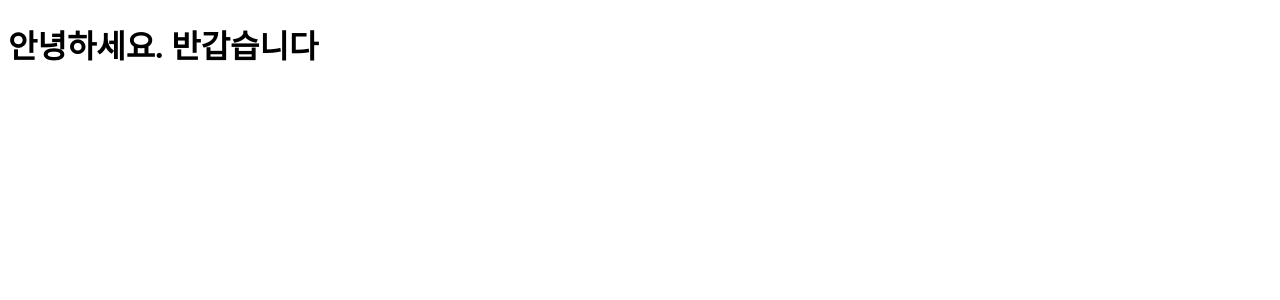
Repository: alswnsghd1234/Server_Study
Page: 1_Servlet/WebContent/index.html
These files come from the project's save history. The page is drawn as it stood at one moment and after the next save; the edit follows.
The browser window is 1280 px wide. The pictures show the whole page.

Above is the page before, as saved 2022-04-26 05:08:59.

After the next save:
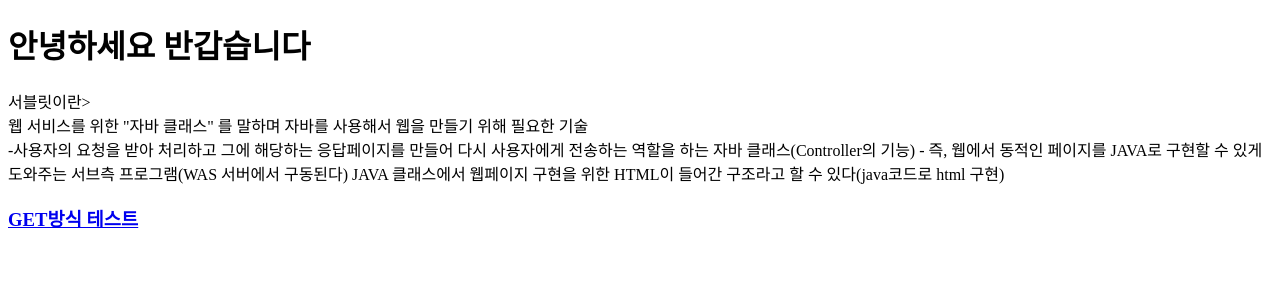
Saved 79 s later.
--- a/1_Servlet/WebContent/index.html
+++ b/1_Servlet/WebContent/index.html
@@ -5,6 +5,63 @@
 <title>Insert title here</title>
 </head>
 <body>
-	<h1>안녕하세요. 반갑습니다</h1>
+	<!--
+		1) 새로운 워크페이스 만들어서 이클립스로 열기
+		2) 워크페이스 세팅하기 (작업환경)
+		2_1) 웹 애플리케이션을 하기 위해 java EE환경으로 설정하기(없다면 오른쪽 상단에 open perspective 눌러서 추가하기 거기에도 없으면 이클립스 ee버전으로 다시 받기)
+		2_2) 보여질 UI탭 없어졌으면 설정하기 [window]-[show view]
+		2_3) 인코딩 설정 및 서버 설정
+		2_3_1) 인코딩 설정 : 영어 숫자 한글 등 모든 문자를 사용할 수 있게 UTF-8 인코딩으로 세팅하기
+		-[window]-[preference](general-workspace)-(general-editor-text editors-spelling)-(web-css,html,jsp)-(xml-xml files)
+		-(json-json files)
+
+		2_3_2) 서버 Runtime : 이클립스에서 서버를 실행할 수 있도록 연동하는 과정(Server-Runtime Environments)-add-설치한 톰캣버전 맞추기 -next-name(수정기능 안하면 기본값)
+							-Browse클릭 - 설치한 톰캣 폴더 선택 - finish
+
+		3)서버 생성하기
+		3_1) [New] - [Server]
+		3_2) 창에 기본적으로 2_3_2번 과정에서 세팅한 Runtime이 잡혀있다. (server name도 변경가능)
+		3_3)finish
+		3_4)생성된 서버 수정하기(만들어진 서버 더블클릭)
+		3_4_1)http 포트번호 재설정하기 (기본값인 8080에서 8888로 변경 또는 사용하지 않는 포트번호로 변경하기)
+		3_4_2)왼쪽 하단 Server Option에 Server module without publishing 체크
+			-class파일들의 경로설정을 위한 사항이기 때문에 무조건 체크해야한다.
+		4)Dynamic web project 만들기(동적인 웹 어플리케이션)
+		4_1)프로젝트명 신중하게 작성할것 - Next
+		4_2)default output folder 경로 재설정 : WebContent\WEB-INF\classes-Naxt
+			-out folder로 지정된 classes 폴더에는 컴파일된 클래스 파일들이 들어가는 폴더
+			실제로 프로젝트 배포시 WebContent 폴더에 컴파일된 클래스가 담긴채로 배포된다
+			기본경로(build\classes)로 해놓으면 그 폴더가 WebContent 폴더안에 생성되지않고 외부에 생기기 때문에 변경하는것
+		4_3)Context root : 이 애플리케이션만의 고유한 이름으로 지어줄것(기본값은 프로젝트명이지만 보통은 재정의한다)
+						-하나의 서버로 여러개의 애플리케이션을 구동시킬수 있다. 고유한 이름을 따라서 해당 애플리케이션에 접근하는 경로로 사용가능하며
+						-가각ㄱ의 애플리케이션을 구분지을 수 있다.
+			Content directiory : 실제로 배포되는 폴더(즉, 서버에 올라가는 폴더)의 최상위 폴더명을 지정하는것 - default output folder에 WebContent 폴더로 지정하기
+			Generate web.xml deployment descriptor 무조건 체크할것(기본값은 체크되어있지 않음)
+			-web.xml문서에 기본적인 해당 애플리케이션에 대한 전체 설정 정보를 가지고 있는 파일(서버실행과 동시에 메인페이지를 지정해준다)
+			굳이 파일을 수정할 일이 없다면 만들지 않아도 되지만(server에 있는 web.xml)수정이 필요할수 있으니 미리대비하여 생성해놓는다
+
+		4_4)finish
+
+		5)서버에 프로젝트 올리기
+		-서버 오른쪽 버튼 -add and remove 눌러서 왼쪽에 원하는 프로젝트 선택후 add 후 apply 하기
+
+
+	 -->
+	 <h1>안녕하세요 반갑습니다</h1>
+
+	 <p>
+	 	서블릿이란> <br>
+	 	웹 서비스를 위한 "자바 클래스" 를 말하며 자바를 사용해서 웹을 만들기 위해 필요한 기술 <br>
+	 	-사용자의 요청을 받아 처리하고 그에 해당하는 응답페이지를 만들어 다시 사용자에게 전송하는 역할을 하는 자바 클래스(Controller의 기능)
+	 	- 즉, 웹에서 동적인 페이지를 JAVA로 구현할 수 있게 도와주는 서브측 프로그램(WAS 서버에서 구동된다)
+	 	JAVA 클래스에서 웹페이지 구현을 위한 HTML이 들어간 구조라고 할 수 있다(java코드로 html 구현)
+	 </p>
+
+	<h3><a href="view/requestTest_GET.html">GET방식 테스트</a></h3>
+
+
+
+
+
 </body>
 </html>
